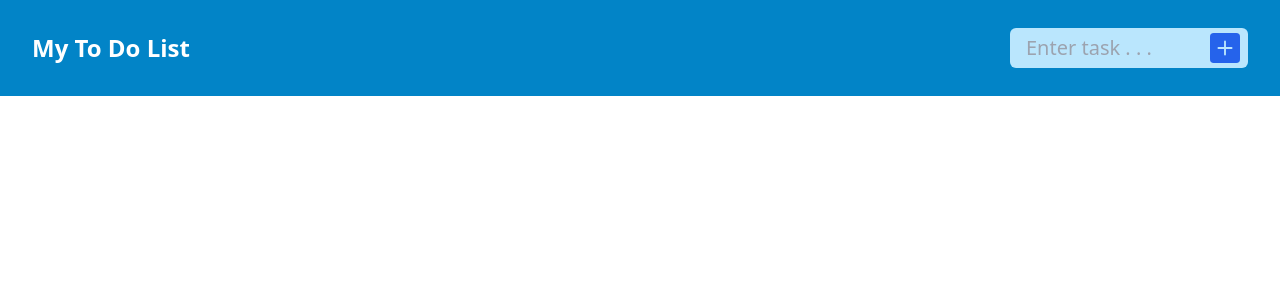
Repository: SaadYasin/react-to-do-list
Page: /
These files come from the project's save history. The page is drawn as it stood at one moment and after the next save; the edit follows.
The browser window is 1280 px wide. The pictures show the whole page.
The project was rebuilt for these pictures with package versions that can differ from the ones it lists, and the page was loaded fresh each time. Also part of the build but not shown: src/App.css.

Above is the page before, as saved 2022-11-09 20:28:39.

### public/index.html
<!DOCTYPE html>
<html lang="en">
  <head>
    <meta charset="utf-8" />
    <link rel="icon" href="%PUBLIC_URL%/favicon.ico" />
    <meta name="viewport" content="width=device-width, initial-scale=1" />
    <meta name="theme-color" content="#000000" />
    <meta
      name="description"
      content="Web site created using create-react-app"
    />
    <link rel="apple-touch-icon" href="%PUBLIC_URL%/logo192.png" />

    <link rel="manifest" href="%PUBLIC_URL%/manifest.json" />

    <title>React | To Do List</title>
  </head>
  <body>
    <noscript>You need to enable JavaScript to run this app.</noscript>
    <div id="root"></div>

  </body>
</html>

### src/App.js
import Header from './components/Header';
import './App.css';

function App() {
  return (
    <div>
      <Header />
    </div>
  );
}

export default App;

### src/components/Header.js
import React from 'react'
import Input from './Input'

const Header = () => {
  return (
    <div className="flex flex-col items-center md:flex-row md:justify-between h-24 bg-sky-600 px-8">
      <h1 className="text-2xl font-bold text-white my-2">My To Do List</h1>
      <Input />
    </div>
  );
}

export default Header

### src/components/Input.js
import React from "react";
import { BsFillPlusSquareFill } from "react-icons/bs";

const Input = () => {
  return (
    <div>
      <form className="flex h-10 bg-sky-200 rounded-md">
        <input
          type="text"
          placeholder="Enter task . . ."
          className="text-xl bg-transparent text-white px-4 w-48 outline-none"
        />
        <button className="text-3xl text-blue-600 px-2" type="submit">
          <BsFillPlusSquareFill />
        </button>
      </form>
    </div>
  );
};

export default Input;

Loaded but not shown: src/index.js (common file); src/index.css (common file); tailwind.config.js (common file)

After the next save:
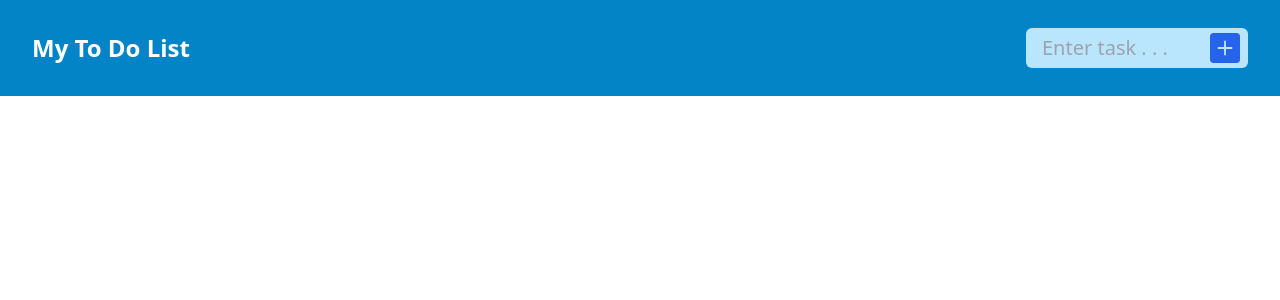
Saved 64 s later.
--- a/src/components/Input.js
+++ b/src/components/Input.js
@@ -8,7 +8,7 @@ const Input = () => {
         <input
           type="text"
           placeholder="Enter task . . ."
-          className="text-xl bg-transparent text-white px-4 w-48 outline-none"
+          className="text-xl bg-transparent text-white px-4 w-44 outline-none"
         />
         <button className="text-3xl text-blue-600 px-2" type="submit">
           <BsFillPlusSquareFill />
